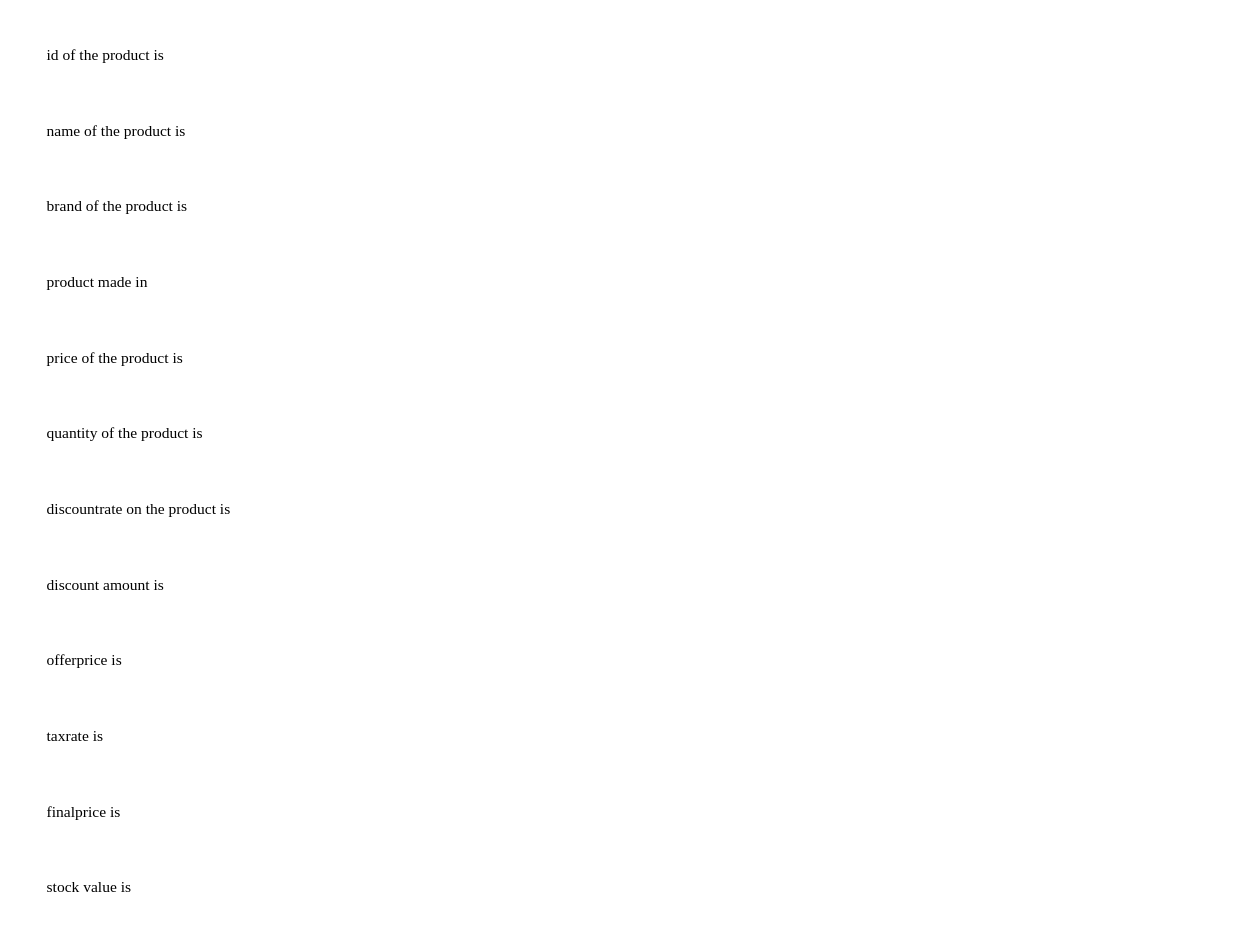
Repository: saikrishna123143/springboot
Page: http://localhost/success
These files come from the project's save history. The page is drawn as it stood at one moment and after the next save; the edit follows.
The browser window is 1280 px wide. The pictures show the whole page, at 97% of full size.
The page is this project's Thymeleaf template; nobody is signed in. The template is opened directly, without the code that normally fills it, so the values that code supplies are empty.

Above is the page before, as saved 2024-12-18 16:54:54.

After the next save:
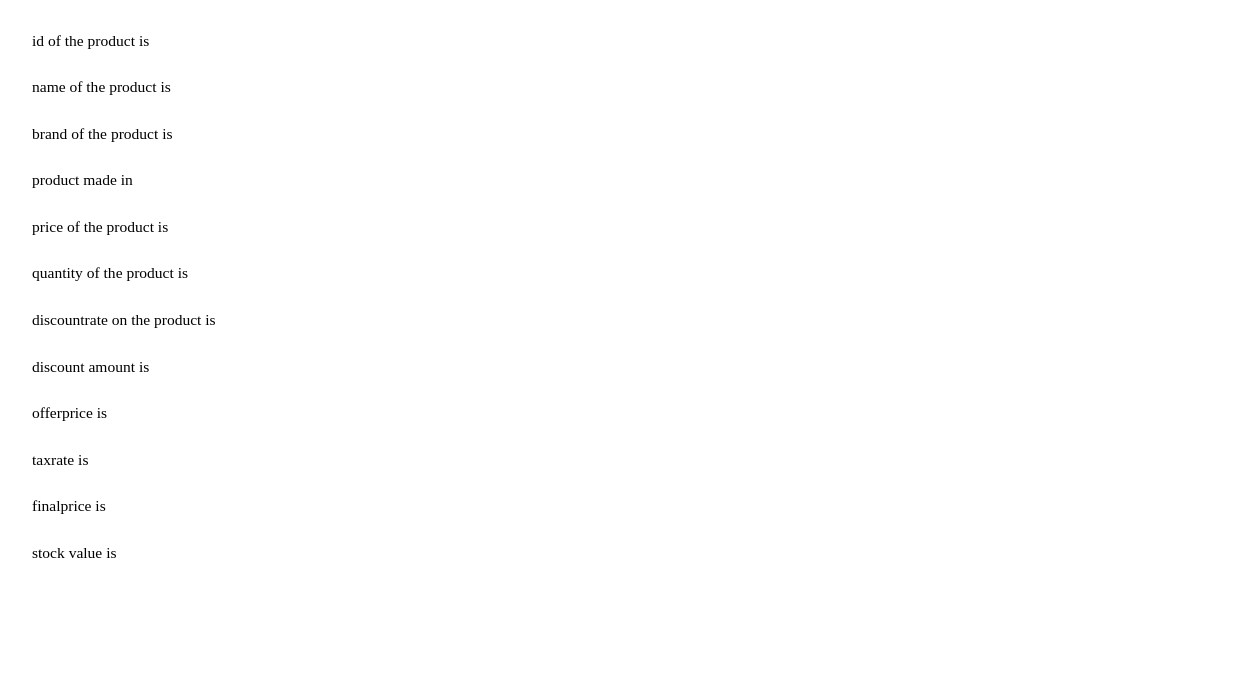
Saved 37 s later.
--- a/springbootmvc/src/main/resources/templates/success.html
+++ b/springbootmvc/src/main/resources/templates/success.html
@@ -5,7 +5,7 @@
 		</title>
 	</head>
 	<body>
-		<table cellspacing="20px"cellpadding="20px"margin="2px">
+		<table cellspacing="20px"cellpadding="5px"margin="2px">
 		<tr>
 		<td>
 	<p>id of the product is </p>
